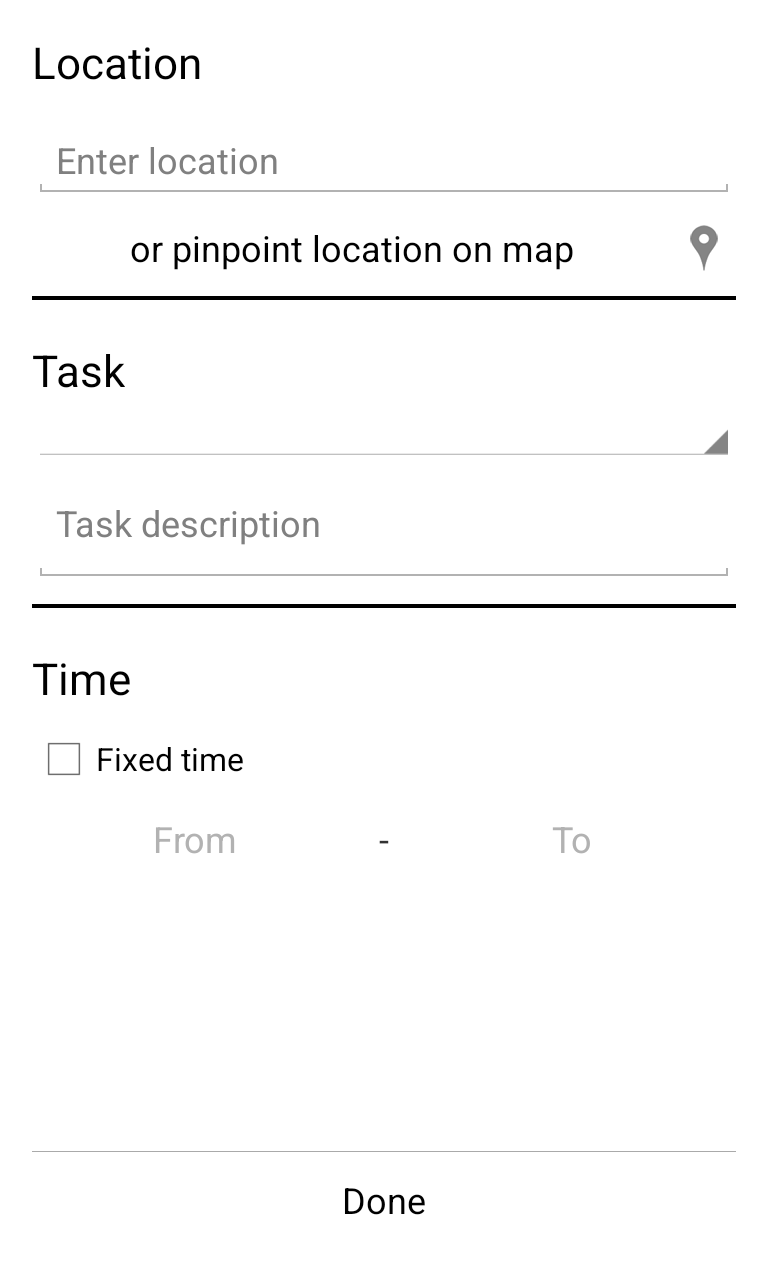
Repository: larserikstrand/IMT4904-Master
Layout: MTP/res/layout/activity_new_task.xml
The author's editor kept a copy of each file at every save. The layout is drawn from the files as they stood at one save, then again after the next save.
It is drawn on a 768 x 1280 px phone screen (xhdpi) without system bars, with theme android:Theme.Holo.Light; the app's code is not run.

Above is the layout before, as saved 2014-02-10 20:55:11.

After the next save:
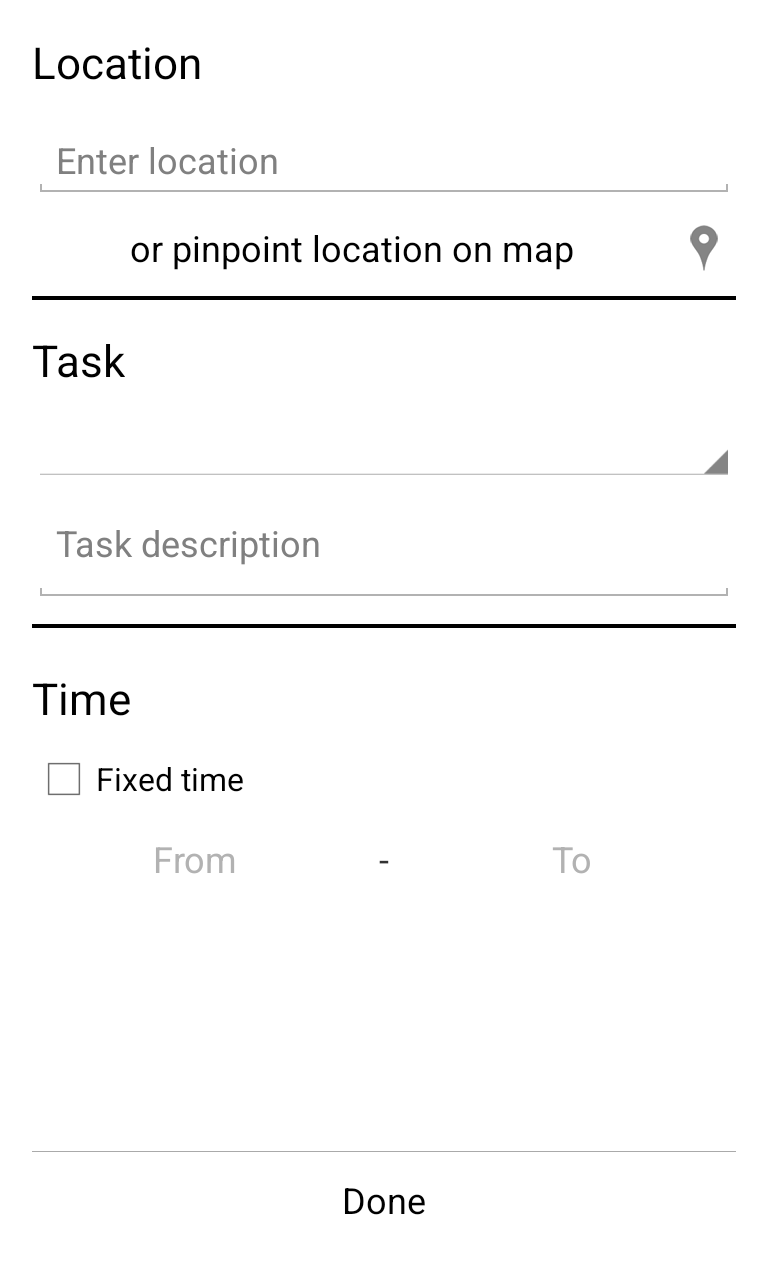
Saved 45 s later.
--- a/MTP/res/layout/activity_new_task.xml
+++ b/MTP/res/layout/activity_new_task.xml
@@ -43,7 +43,8 @@
     		<TextView
         		android:layout_width="wrap_content"
         		android:layout_height="wrap_content"
-        		android:layout_marginTop="20dp"
+        		android:layout_marginTop="15dp"
+        		android:layout_marginBottom="15dp"
         		android:text="@string/task"
         		android:textAppearance="?android:attr/textAppearanceLarge" />
 
